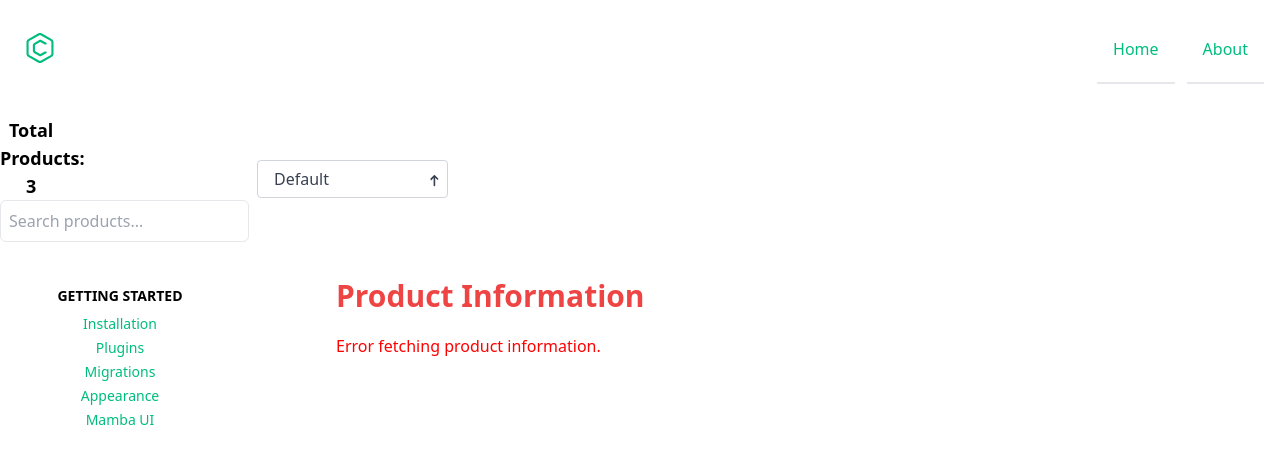
Repository: loktioncode/vectra-shop
Page: /
These files come from the project's save history. The page is drawn as it stood at one moment and after the next save; the edit follows.
The browser window is 1280 px wide. The pictures show the whole page.
The page's requests for data from a server got no answer. The project was rebuilt for these pictures with package versions that can differ from the ones it lists, and the page was loaded fresh each time. No one was signed in, and anything a server would have sent is missing. Also part of the build but not shown: vite.config.ts, src/components/ProductCard.vue. Imported but missing from the stored project, and not drawn on this page: src/components/Counter.vue.

Above is the page before, as saved 2023-09-20 16:19:37.

After the next save:
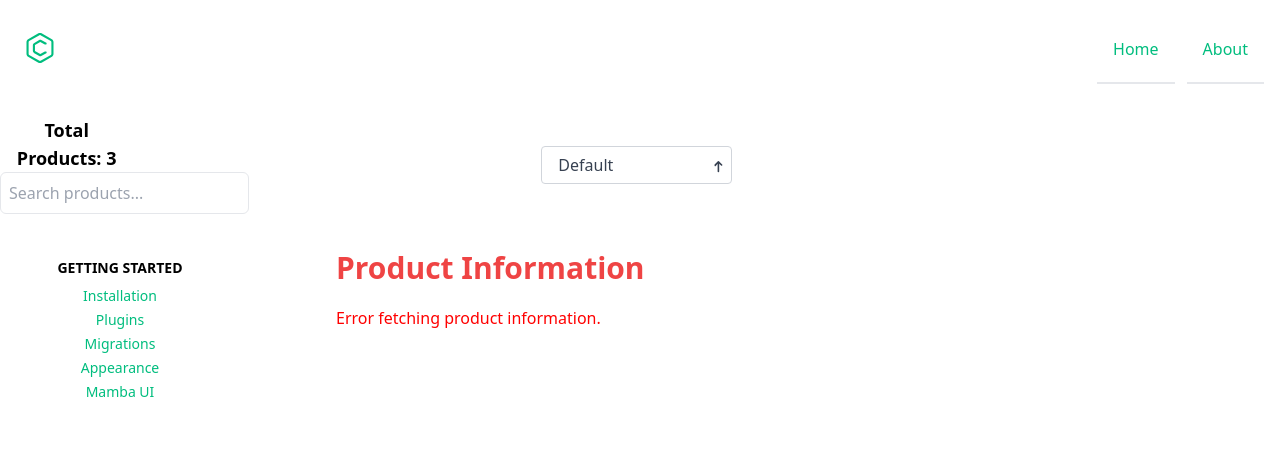
Saved 11 s later.
--- a/src/components/Filters.vue
+++ b/src/components/Filters.vue
@@ -1,57 +1,41 @@
 <template>
     <div class="flex flex-row items-center space-y-2 md:space-y-0 md:space-x-2 w-full py-5">
-        <div>
-<!-- Product Count Display -->
-<div class="text-lg font-semibold mb-2 md:mb-0 w-3/12">
-        Total Products: {{ filteredProducts.length }}
-      </div>
+        <div class="w-5/12">
+            <!-- Product Count Display -->
+            <div class="text-lg font-semibold mb-2 md:mb-0 w-3/12">
+                Total Products: {{ filteredProducts.length }}
+            </div>
 
-      <!-- Search Form -->
-      <div class="flex items-center  w-4/12 ">
-        <label for="search" class="sr-only">Search</label>
-        <input
-          v-model="searchTerm"
-          id="search"
-          type="text"
-          placeholder="Search products..."
-          class="w-full md:w-auto border p-2 rounded-md focus:outline-none focus:ring focus:border-blue-300"
-        />
-        <button
-          @click="clearSearch"
-          v-if="searchTerm"
-          class="text-red-500 hover:text-red-700 focus:outline-none"
-        >
-          Clear
-        </button>
-      </div>
+            <!-- Search Form -->
+            <div class="flex items-center  w-4/12 ">
+                <label for="search" class="sr-only">Search</label>
+                <input v-model="searchTerm" id="search" type="text" placeholder="Search products..."
+                    class="w-full md:w-auto border p-2 rounded-md focus:outline-none focus:ring focus:border-blue-300" />
+                <button @click="clearSearch" v-if="searchTerm" class="text-red-500 hover:text-red-700 focus:outline-none">
+                    Clear
+                </button>
+            </div>
         </div>
 
 
-      <!-- Sort Dropdown -->
-      <div class="relative inline-block text-gray-700">
-        <select
-          v-model="selectedSortOption"
-          class="block appearance-none w-full md:w-auto bg-white border border-gray-300 hover:border-gray-400 px-4 py-2 pr-8 rounded leading-tight focus:outline-none focus:ring"
-        >
-          <option value="default">Default</option>
-          <option value="price-asc">Price (Low to High)</option>
-          <option value="price-desc">Price (High to Low)</option>
-          <!-- Add more sorting options as needed -->
-        </select>
-        <div class="pointer-events-none absolute inset-y-0 right-0 flex items-center px-2 text-gray-700">
-          <svg
-            class="fill-current h-4 w-4"
-            xmlns="http://www.w3.org/2000/svg"
-            viewBox="0 0 20 20"
-          >
-            <path
-              d="M8.293 11.293a1 1 0 001.414 0L12 8.414V18a1 1 0 102 0V8.414l2.293 2.293a1 1 0 101.414-1.414l-4-4a1 1 0 00-1.414 0l-4 4a1 1 0 000 1.414z"
-            />
-          </svg>
+        <!-- Sort Dropdown -->
+        <div class="relative inline-block text-gray-700">
+            <select v-model="selectedSortOption"
+                class="block appearance-none w-full md:w-auto bg-white border border-gray-300 hover:border-gray-400 px-4 py-2 pr-8 rounded leading-tight focus:outline-none focus:ring">
+                <option value="default">Default</option>
+                <option value="price-asc">Price (Low to High)</option>
+                <option value="price-desc">Price (High to Low)</option>
+                <!-- Add more sorting options as needed -->
+            </select>
+            <div class="pointer-events-none absolute inset-y-0 right-0 flex items-center px-2 text-gray-700">
+                <svg class="fill-current h-4 w-4" xmlns="http://www.w3.org/2000/svg" viewBox="0 0 20 20">
+                    <path
+                        d="M8.293 11.293a1 1 0 001.414 0L12 8.414V18a1 1 0 102 0V8.414l2.293 2.293a1 1 0 101.414-1.414l-4-4a1 1 0 00-1.414 0l-4 4a1 1 0 000 1.414z" />
+                </svg>
+            </div>
         </div>
-      </div>
     </div>
-  </template>
+</template>
 
 
 
